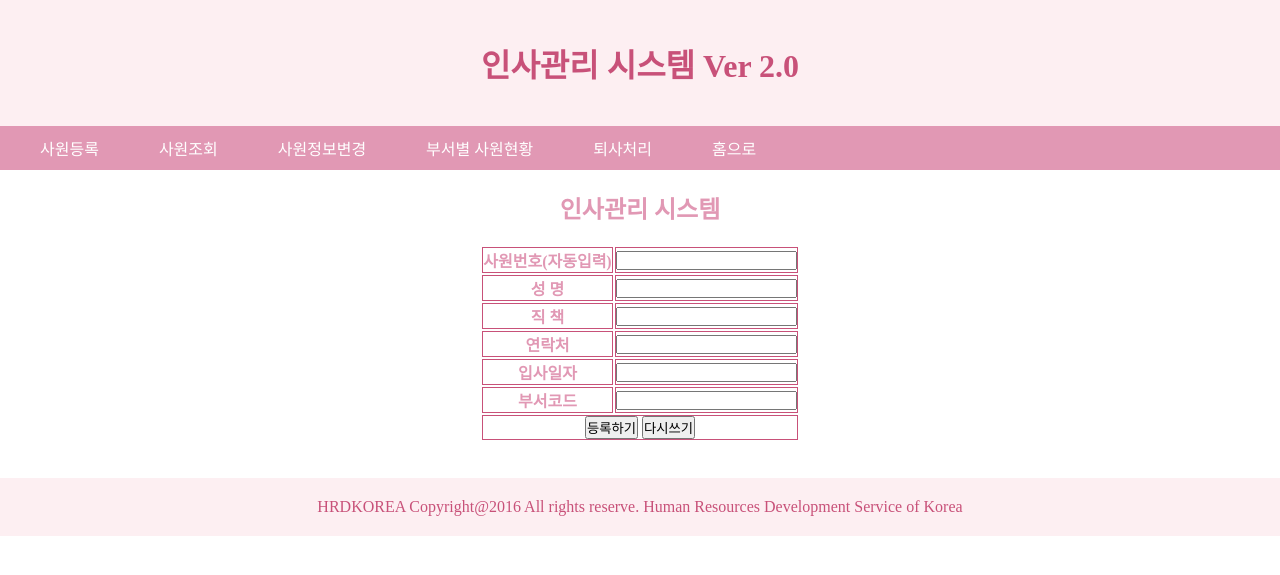
Repository: SeolhwaPark/JSL40_HRDKOREA
Page: http://localhost/HRD_0429/insert.jsp
These files come from the project's save history. The page is drawn as it stood at one moment and after the next save; the edit follows.
The browser window is 1280 px wide. The pictures show the whole page.
The page is served by Tomcat 9.

Above is the page before, as saved 2020-04-29 05:03:00.

After the next save:
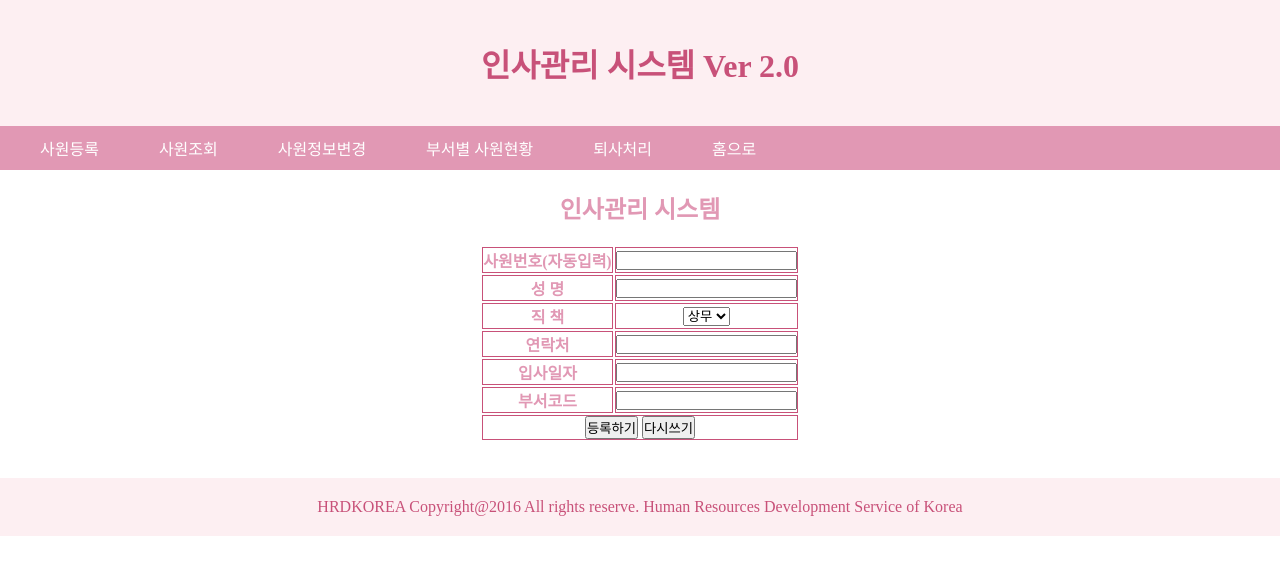
Saved 3 min 24 s later.
--- a/HRD_0429/WebContent/insert.jsp
+++ b/HRD_0429/WebContent/insert.jsp
@@ -73,7 +73,15 @@ function del() {
 				</tr>
 				<tr>
 					<th>직 책</th>
-					<td><input type="text" name="duty" value="">
+					<td>
+						<select name="duty">
+							<option value="">상무</option>
+							<option value="01">상무</option>
+							<option value="02">과장</option>
+							<option value="03">대리</option>
+							<option value="04">사원</option>
+
+						</select>
 					</td>
 				</tr>
 				<tr>
